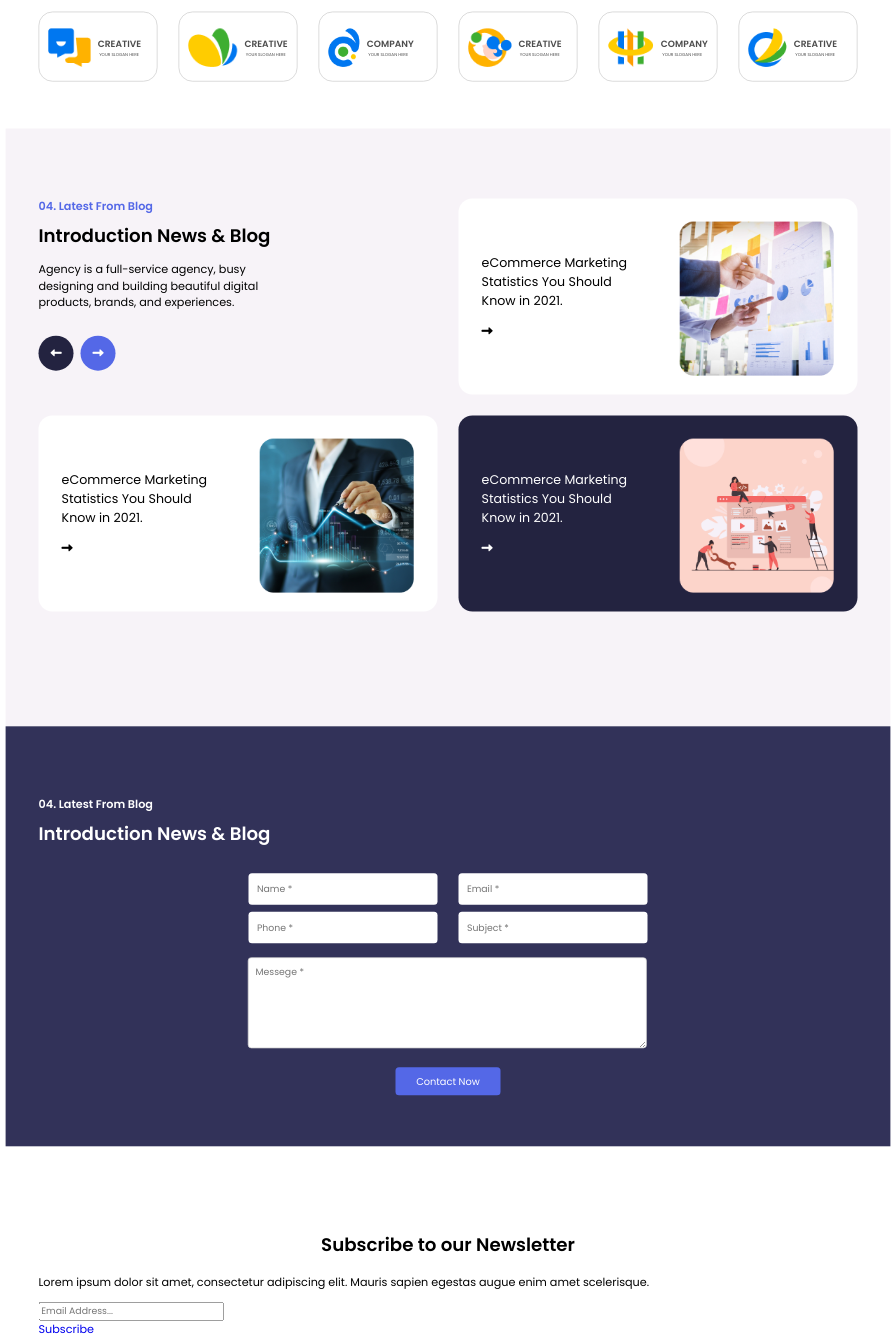
Repository: tranchi0120/LangdingPage-Htmlcss-Ago
Page: index.html
These files come from the project's save history. The page is drawn as it stood at one moment and after the next save; the edit follows.
The browser window is 1280 px wide. The pictures show the part of the page from y = 3311 to 5231 px (the page is 5231 px tall before and 5225 px after), at 70% of full size.
Some web libraries are served in a nearby version. The style sheet was rebuilt from its Sass, Less or Tailwind sources for each picture, by a compiler version that may differ from the author's.

Above is the page before, as saved 2022-07-15 11:48:02.

After the next save:
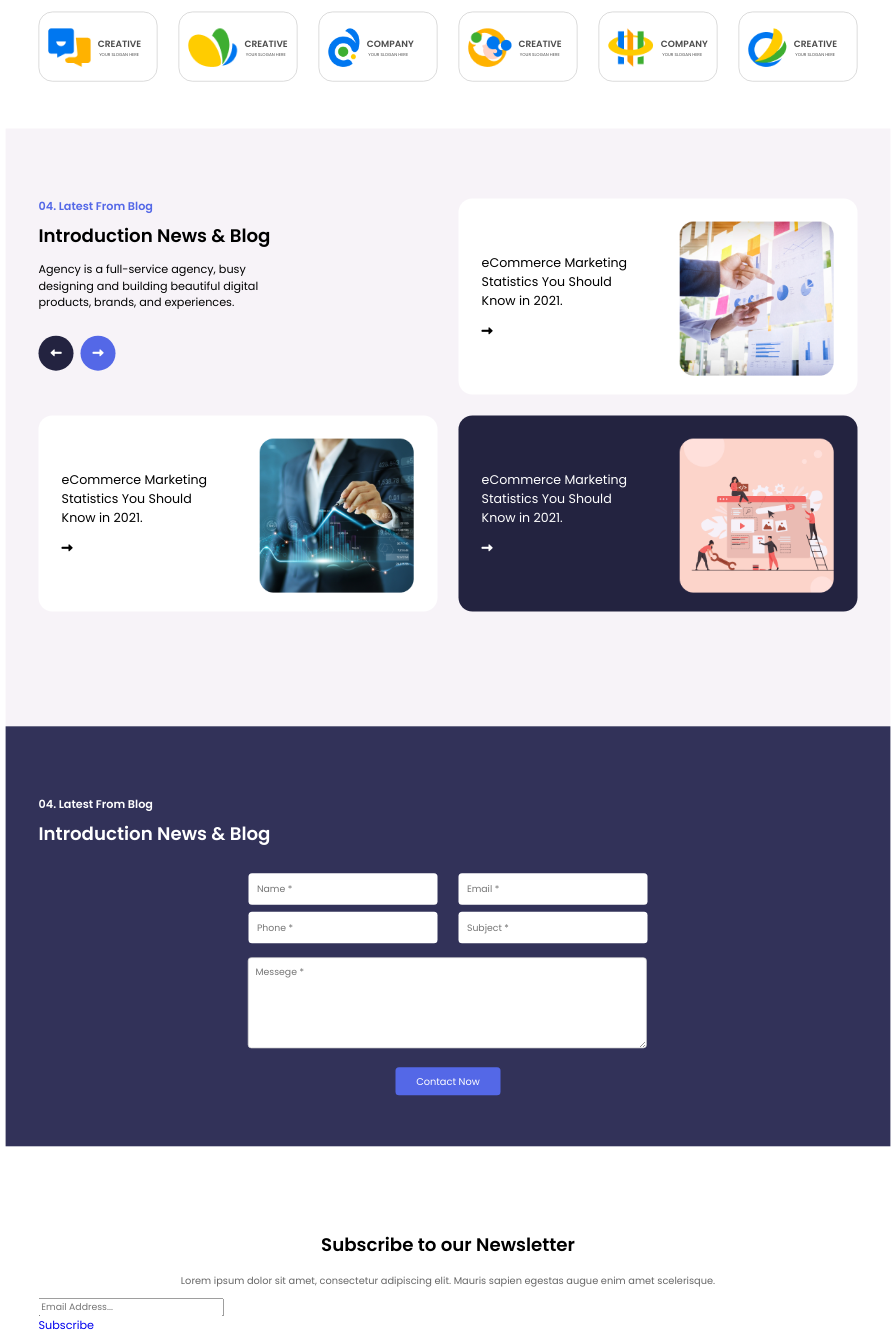
Saved 12 s later.
--- a/sass/_subscribe.scss
+++ b/sass/_subscribe.scss
@@ -9,7 +9,7 @@
         font-weight: 600;
         margin-bottom: 20px;
     }
-    &-content {
+    &-text {
         color: #666666;
         text-align: center;
         font-weight: 400;
